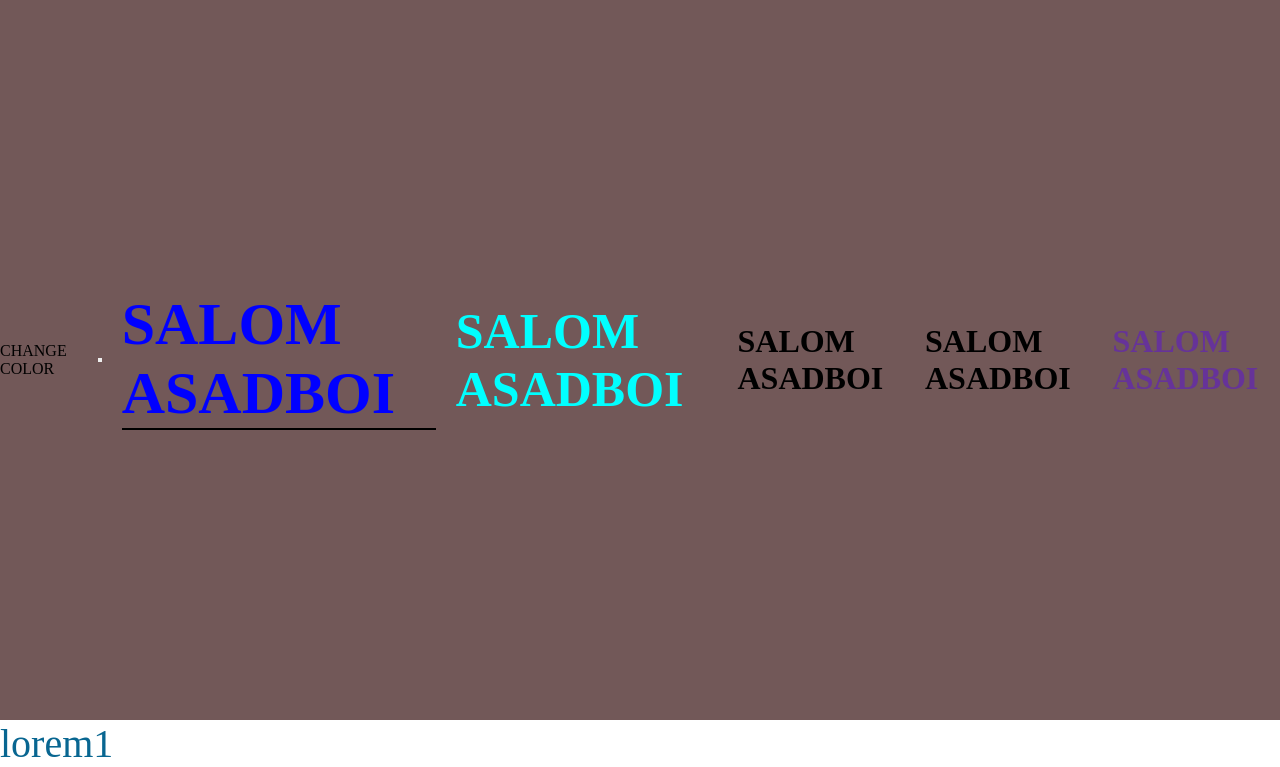
Repository: KHANas02/CACTUS
Page: index.html
The author's editor kept a copy of each file at every save. The page is drawn from the files as they stood at one save, then again after a run of saves.
The browser window is 1280 px wide. The pictures show the whole page.
The first visible `h1` is being pressed.

Above is the page before, as saved 2024-02-21 17:23:19.

After the next 2 saves:
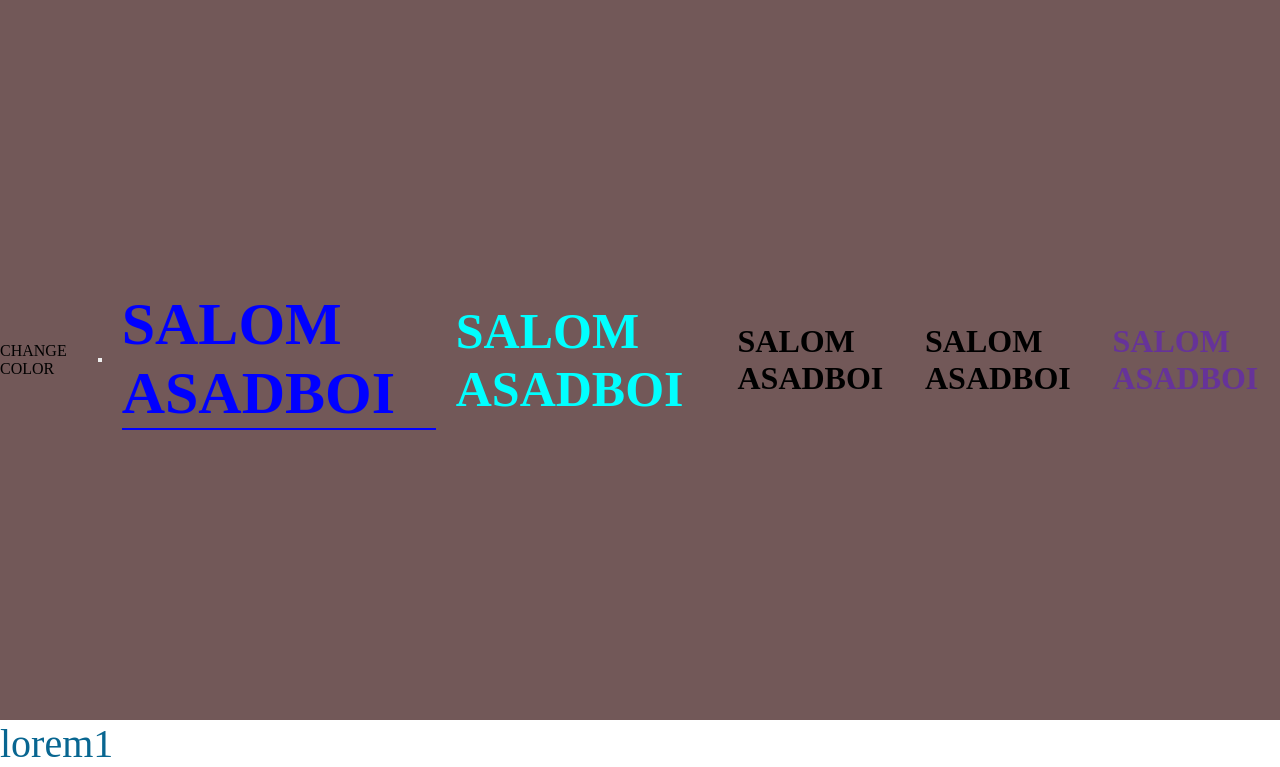
The 2 saves are shown as one change because they came seconds apart.
The last was saved 13 min 0 s later.
--- a/style.css
+++ b/style.css
@@ -42,5 +42,5 @@
 }
 h1:active{
 font-size: 60px;
-border-bottom: 2px solid #000;
+border-bottom: 2px solid ;
 }
